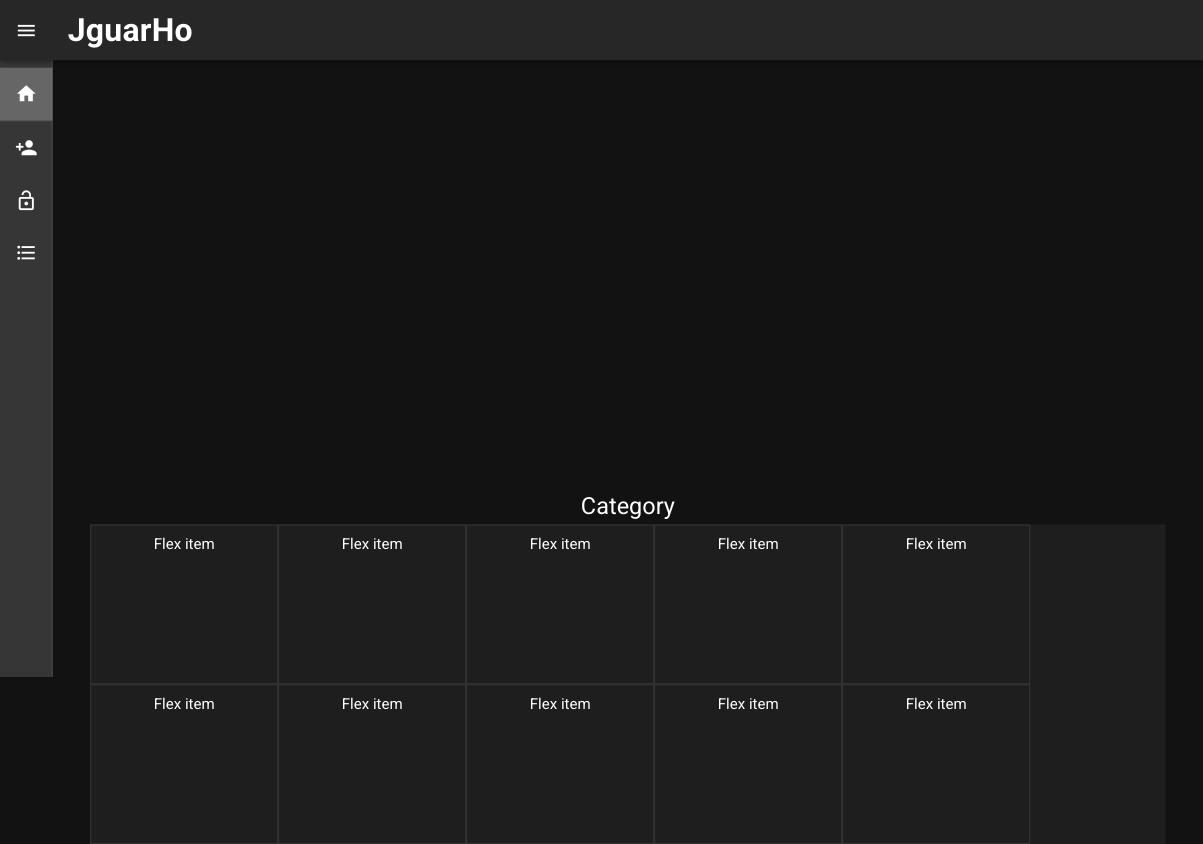
Repository: agent501/MRMS
Page: /
These files come from the project's save history. The page is drawn as it stood at one moment and after the next save; the edit follows.
The browser window is 1280 px wide. The pictures show the whole page, at 94% of full size.
The page's requests for data from a server got no answer. The project was rebuilt for these pictures with package versions that can differ from the ones it lists, and the page was loaded fresh each time. No one was signed in, and anything a server would have sent is missing. Also part of the build but not shown: vue.config.js, src/components/Product/products.vue, src/components/Product/product.vue, src/components/Product/createproduct.vue, src/components/User/signin.vue, src/components/User/signup.vue, src/components/User/profile.vue, src/components/Shared/Alert.vue and 2 more. Imported but missing from the stored project, and not drawn on this page: src/router/auth-guard.js.

Above is the page before, as saved 2020-08-05 11:29:27.

After the next save:
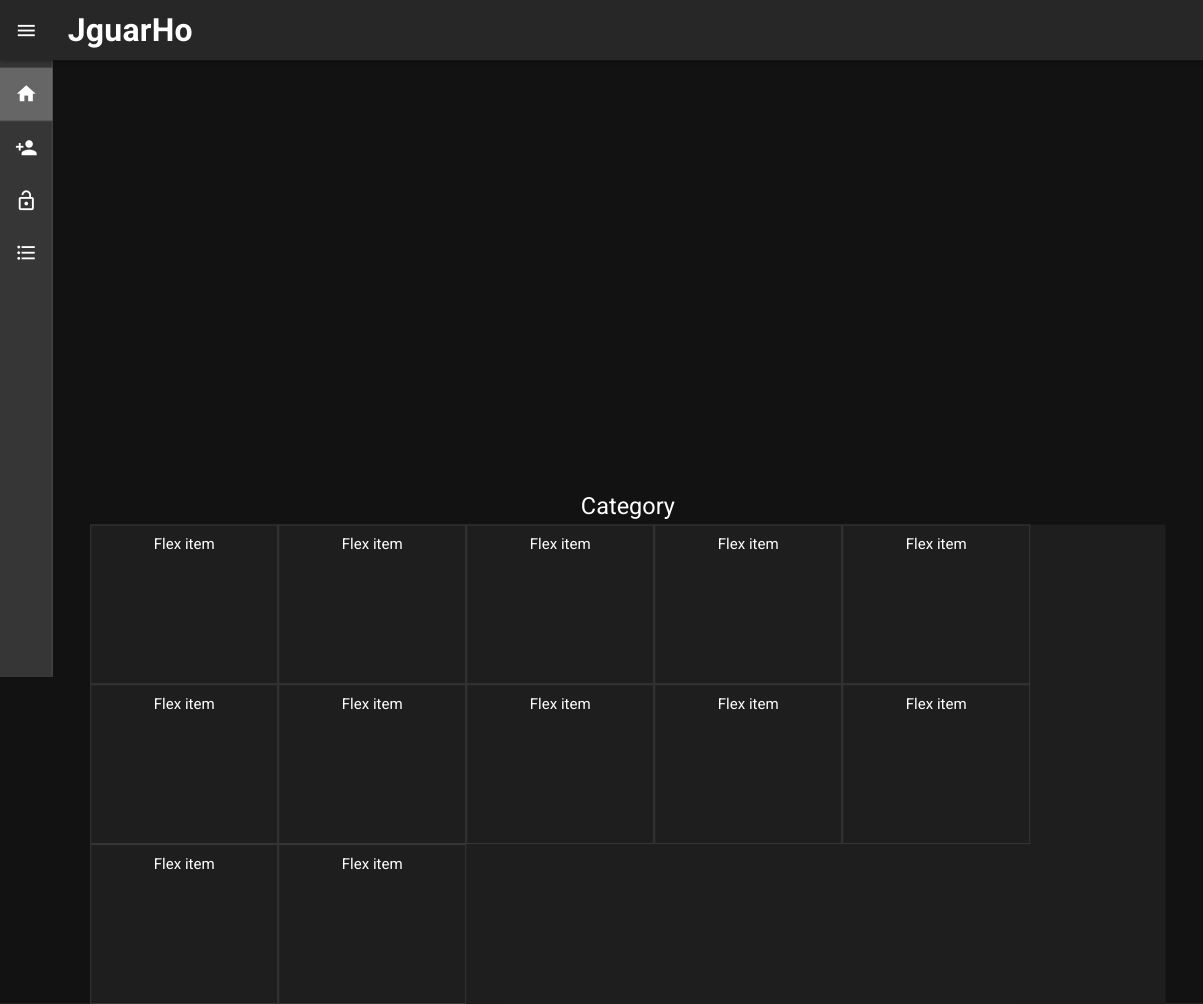
Saved 12 s later.
--- a/src/components/Home.vue
+++ b/src/components/Home.vue
@@ -38,7 +38,7 @@
 
       <v-card class="d-flex flex-wrap mx-auto text-center" width="1200" flat tile>
         <v-card
-          v-for="n in 10"
+          v-for="n in 12"
           :key="n"
           class="pa-2"
           width="200"
